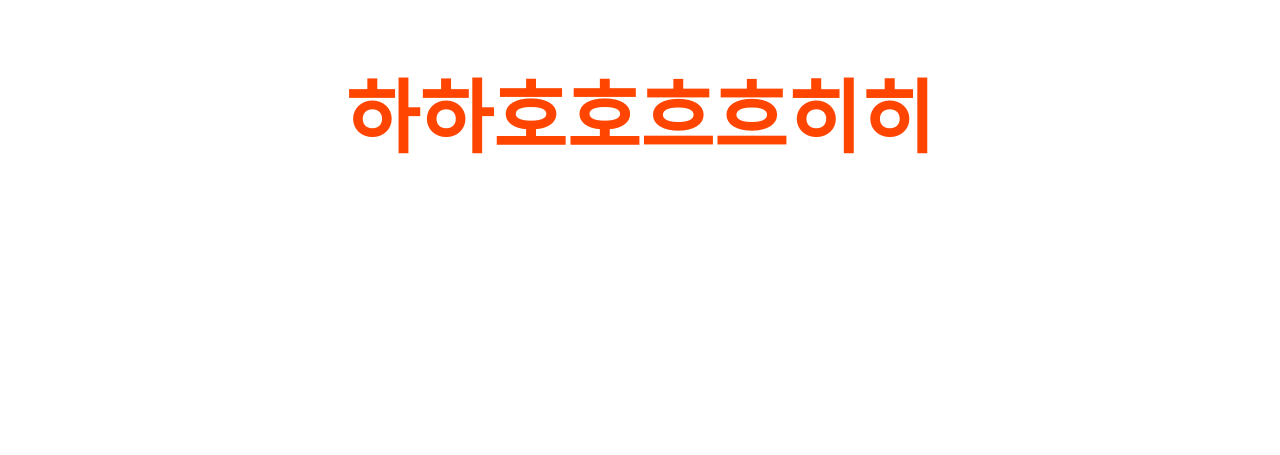
Repository: whgdkfk/web-workspace
Page: BurgerKingProject/src/main/webapp/index.html
The author's editor kept a copy of each file at every save. The page is drawn from the files as they stood at one save, then again after the next save.
The browser window is 1280 px wide. The pictures show the whole page.

Above is the page before, as saved 2025-03-07 05:15:46.

After the next save:
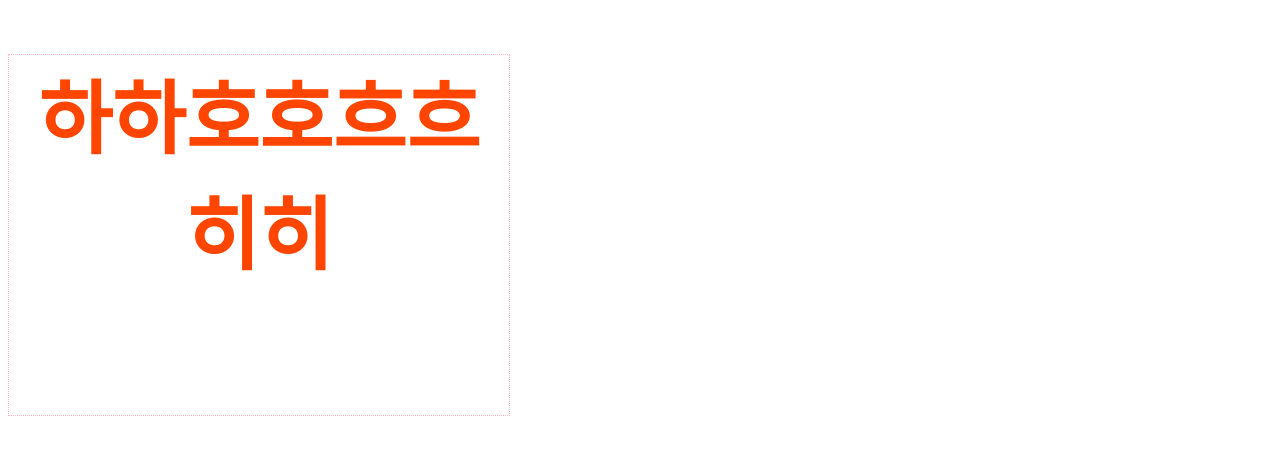
Saved 11 min 30 s later.
--- a/BurgerKingProject/src/main/webapp/index.html
+++ b/BurgerKingProject/src/main/webapp/index.html
@@ -3,8 +3,19 @@
 <head>
 <meta charset="UTF-8">
 <title>Insert title here</title>
+<style>
+	h1 {
+		color: orangered;
+		text-align: center;
+		font-size: 80px;
+		width: 500px;
+		height: 360px;
+		border: 1px dotted lightpink;
+		margin:
+	}
+</style>
 </head>
 <body>
-	<h1 style="color:orangered; text-align:center; font-size:80px;">하하호호흐흐히히</h1>
+	<h1>하하호호흐흐히히</h1>
 </body>
 </html>
